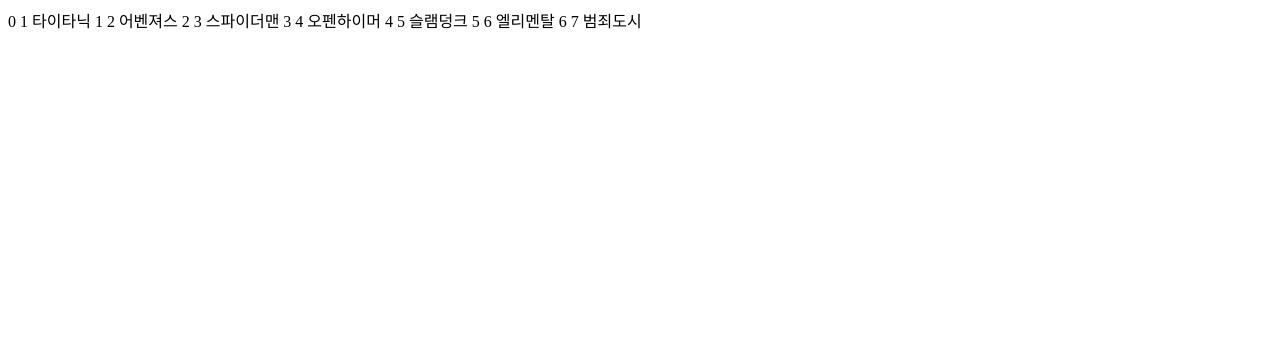
Repository: angwanghyeon/eclipse
Page: http://localhost/sec06/07_colorSelect.jsp
These files come from the project's save history. The page is drawn as it stood at one moment and after the next save; the edit follows.
The browser window is 1280 px wide. The pictures show the whole page.
The page is served by Tomcat 9.

Above is the page before, as saved 2023-09-01 05:30:11.

After the next save:
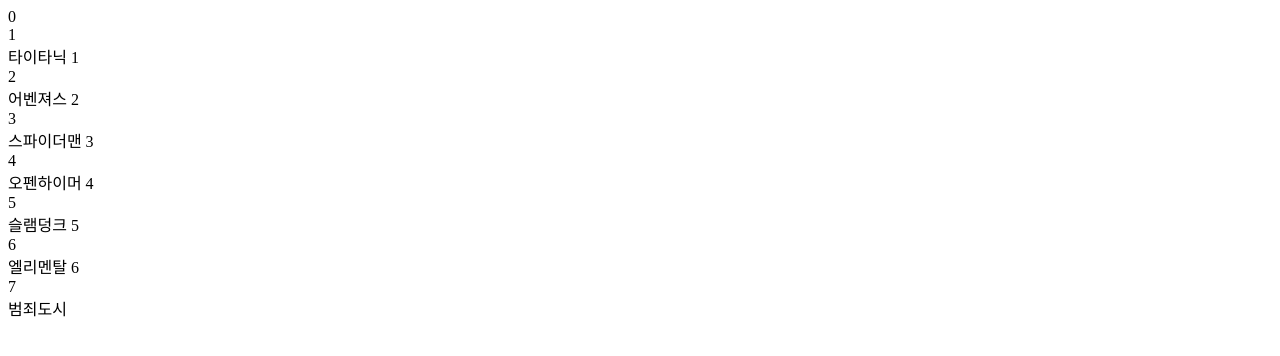
Saved 11 s later.
--- a/sec06/src/main/webapp/07_colorSelect.jsp
+++ b/sec06/src/main/webapp/07_colorSelect.jsp
@@ -14,8 +14,8 @@
 </head>
 <body>
 <c:forEach var="movie" items="${movieList}" varStatus="status">
-${status.index}
-${status.count}
+${status.index} <br>
+${status.count} <br>
 ${movie}
 </c:forEach>
 </body>
